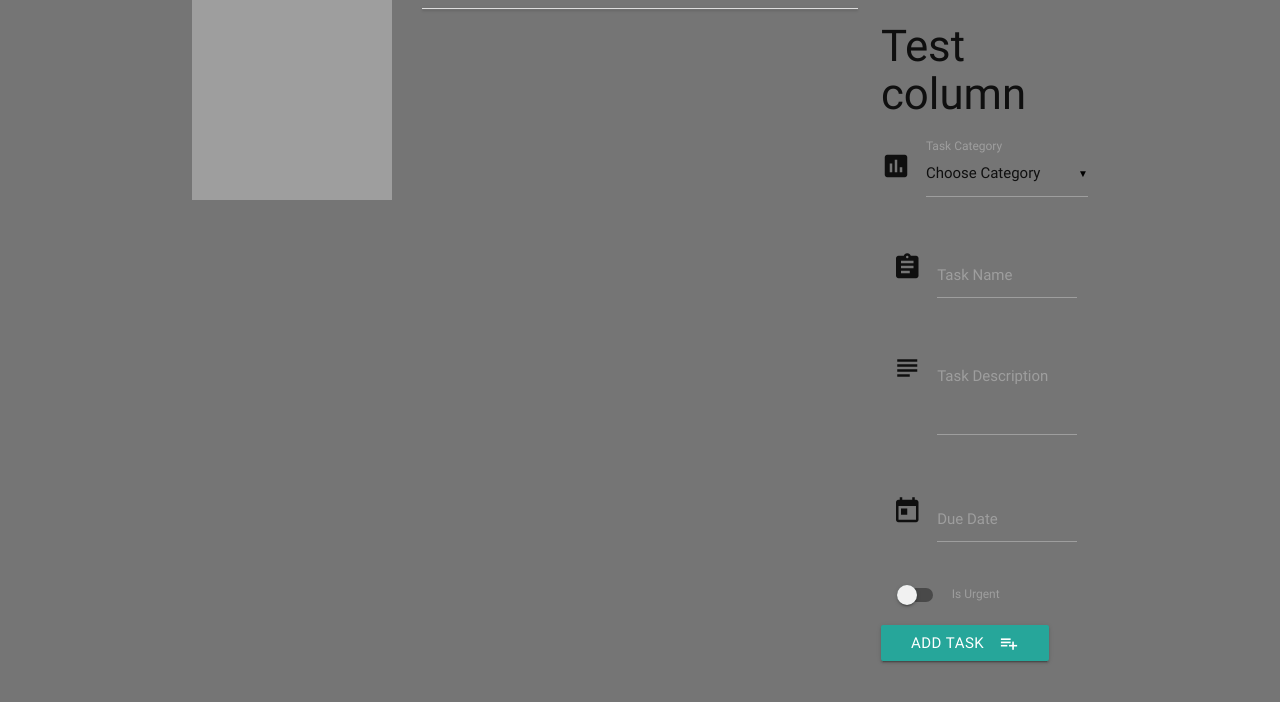
Repository: teetsjeremy/dcProject
Page: http://localhost/
The author's editor kept a record of every edit. The page is drawn from the files as they stood at one moment, then again after the next edit.
The browser window is 1280 px wide. The pictures show the whole page.
Pictures or frames that could not be fetched are drawn as grey boxes. Some web libraries are served in a nearby version. The page is served by the project's application, run on Flask 3 (app.py). Queries for data that is not in the repository find no rows.

Above is the page before.

After the next edit:
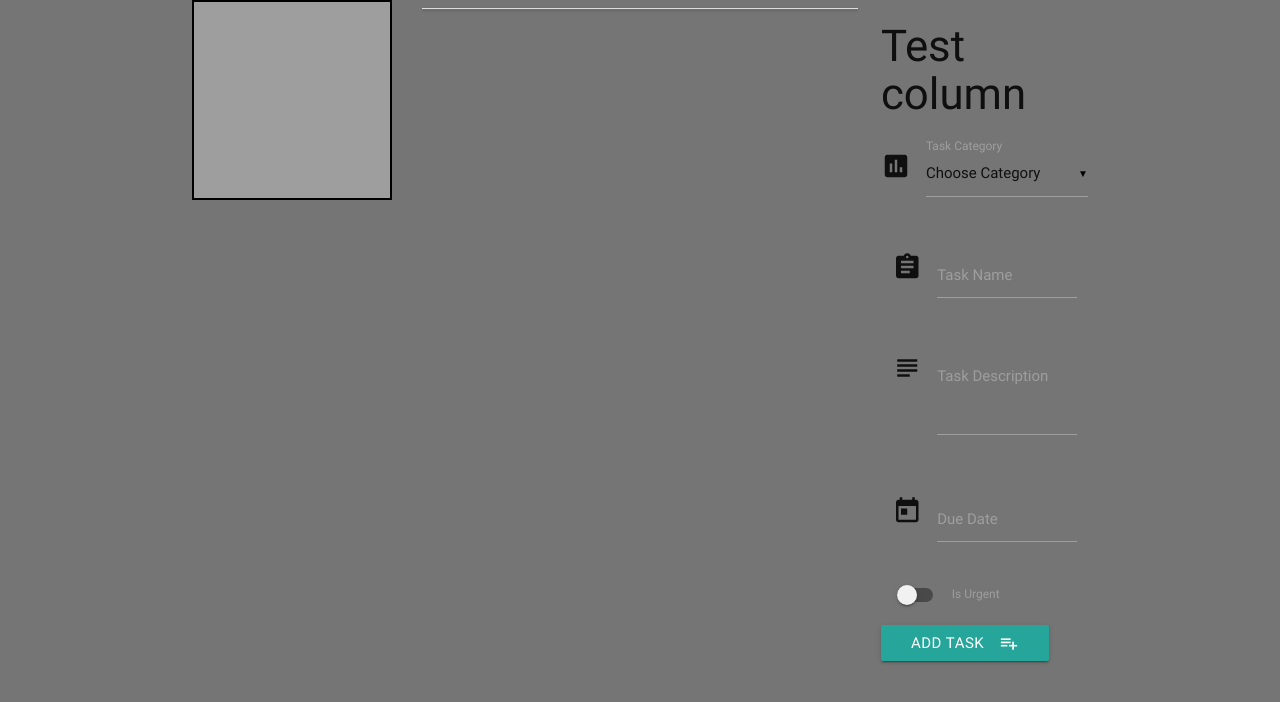
The edit:
--- a/static/css/style.css
+++ b/static/css/style.css
@@ -7,6 +7,7 @@
     width: 200px;
     height: 200px;
     margin: 0px;
+    border: solid black 2px;
 }
 
 .right{
